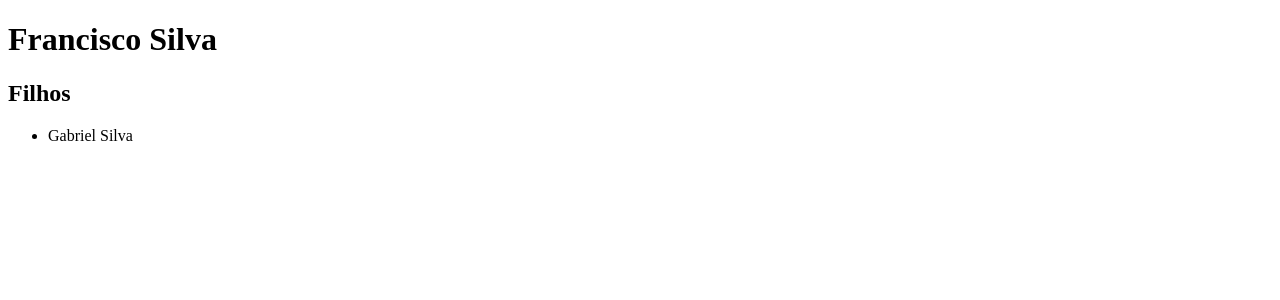
Repository: eversonps/react-fundamentos
Page: / (app in v2/exercicios/)
An editor plug-in stored every save of this project. The page is shown before and after the next save, followed by the edit.
The browser window is 1280 px wide. The pictures show the whole page.
The project was rebuilt for these pictures with package versions that can differ from the ones it lists, and the page was loaded fresh each time.

Above is the page before, as saved 2022-03-21 16:11:54.

After the next save:
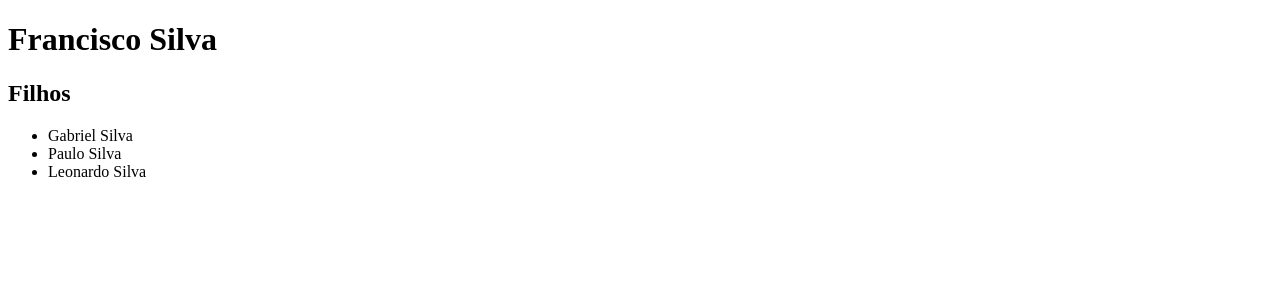
Saved 10 s later.
--- a/v2/exercicios/src/index.js
+++ b/v2/exercicios/src/index.js
@@ -8,6 +8,8 @@ ReactDOM.render(
     <div>
         <Pai nome="Francisco" sobrenome="Silva">
             <Filho nome="Gabriel" sobrenome="Silva"></Filho>
+            <Filho nome="Paulo" sobrenome="Silva"></Filho>
+            <Filho nome="Leonardo" sobrenome="Silva"></Filho>
         </Pai>
     </div>,
     document.getElementById("root")
